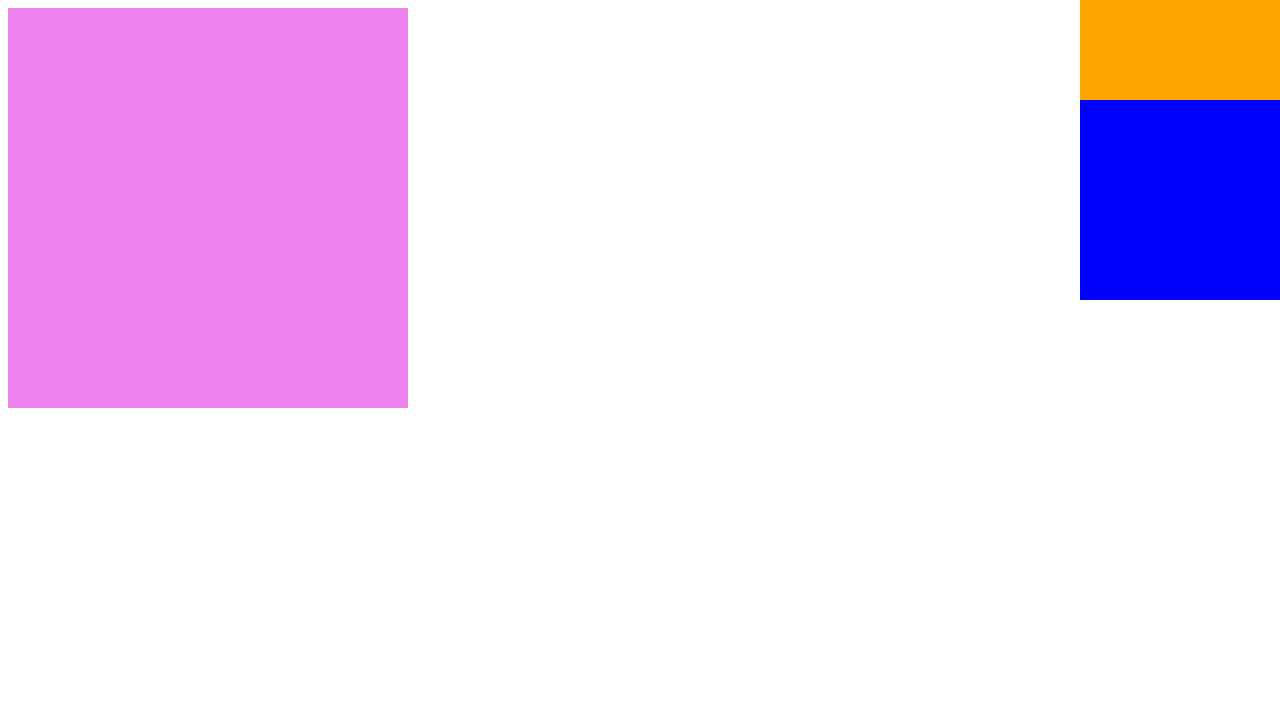
Repository: AytacSafarova/Task-12
Page: index.html
The author's editor kept a copy of each file at every save. The page is drawn from the files as they stood at one save, then again after a run of saves.
The browser window is 1280 px wide. The pictures show the whole page.

Above is the page before, as saved 2023-07-25 14:41:46.

After the next 3 saves:
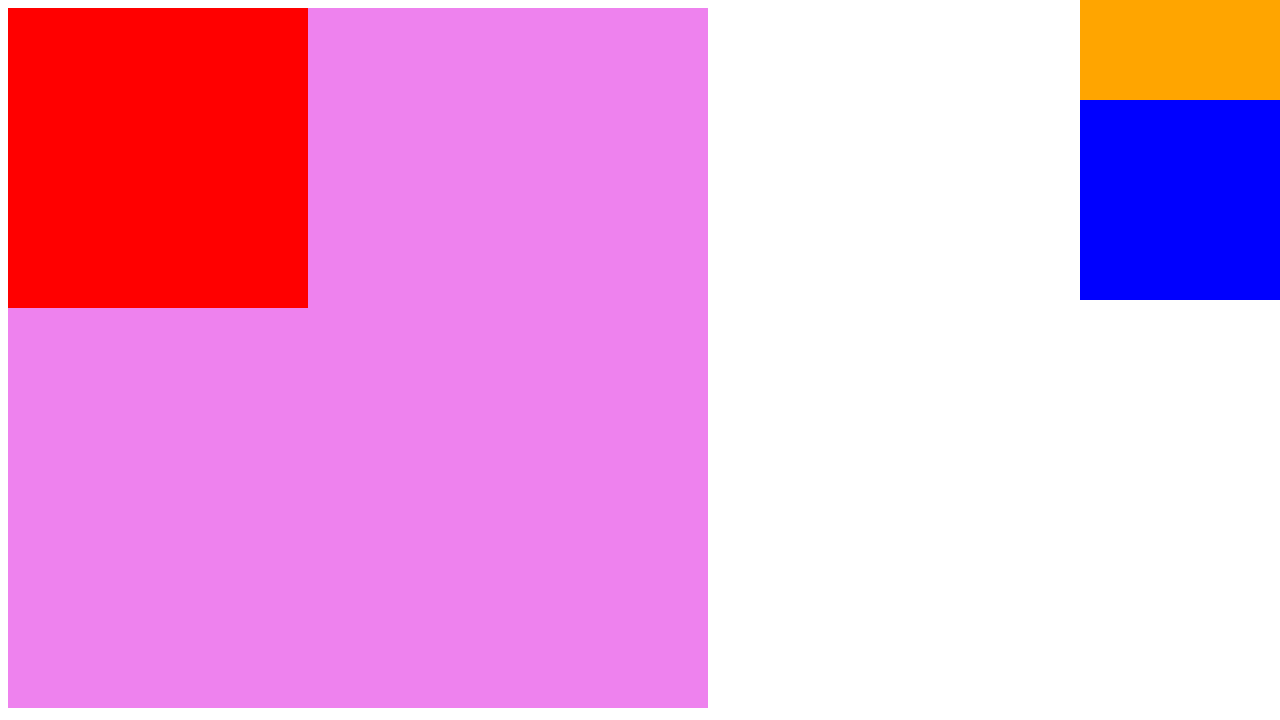
The 3 saves are shown as one change because they came seconds apart.
The last was saved 11 s later.
--- a/index.css
+++ b/index.css
@@ -1,6 +1,6 @@
 .container{
-    width: 400px;
-    height: 400px;
+    width: 700px;
+    height: 700px;
     background-color: violet;
     /* position: relative; */
 }
@@ -26,6 +26,6 @@
 .box{
     width: 300px;
     height: 300px;
-    background-color: violet;
+    background-color: red;
     /* position: relative; */
 }
